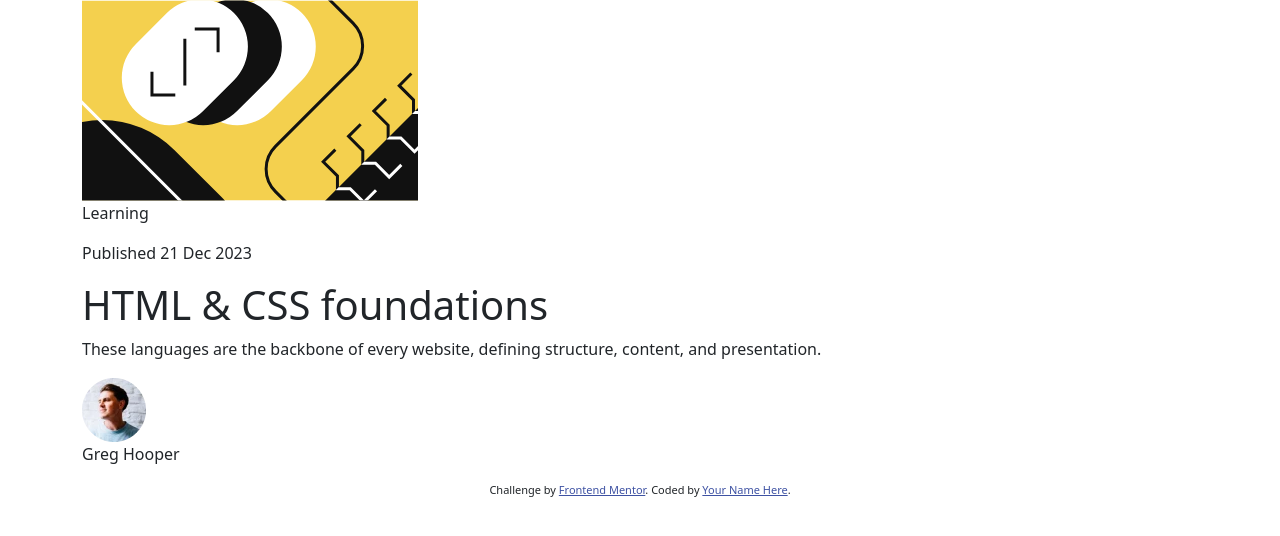
Repository: blordeus/blog-preview-card
Page: index.html
The author's editor kept a copy of each file at every save. The page is drawn from the files as they stood at one save, then again after the next save.
The browser window is 1280 px wide. The pictures show the whole page.
The style sheet was rebuilt from its Sass, Less or Tailwind sources for each picture, by a compiler version that may differ from the author's.

Above is the page before, as saved 2024-02-10 09:11:33.

After the next save:
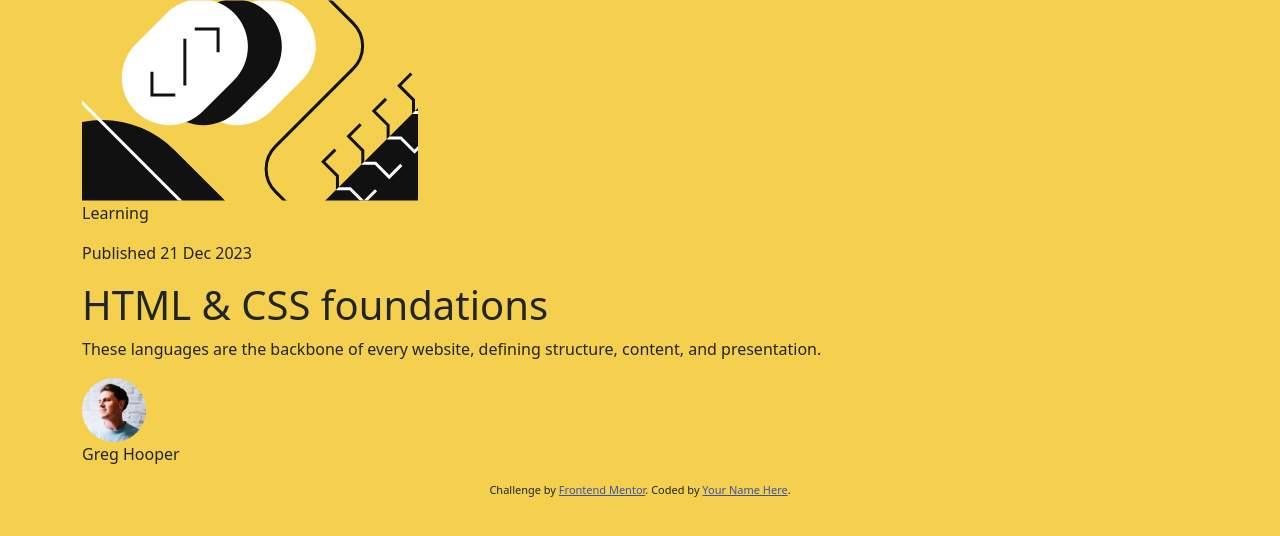
Saved 10 s later.
--- a/index.html
+++ b/index.html
@@ -10,7 +10,7 @@
   <title>Frontend Mentor | Blog preview card</title>
 
 </head>
-<body class="container">
+<body class="container yellow-bg">
 <main class="mx-auto">
     <img src="assets\images\illustration-article.svg" alt="header image">
     <div>
